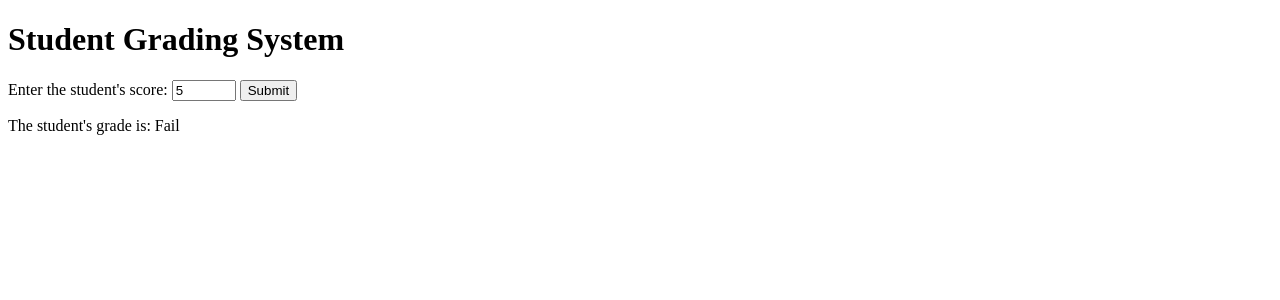
Repository: Alphosmart/grading
Page: assignment.html
An editor plug-in stored every save of this project. The page is shown before and after the next save, followed by the edit.
The browser window is 1280 px wide. The pictures show the whole page.
Empty fields were first filled with sample values (such as "Sample", 5 or name@example.com).
After loading, the first visible `button` was clicked once.

Above is the page before, as saved 2024-06-14 13:43:22.

After the next save:
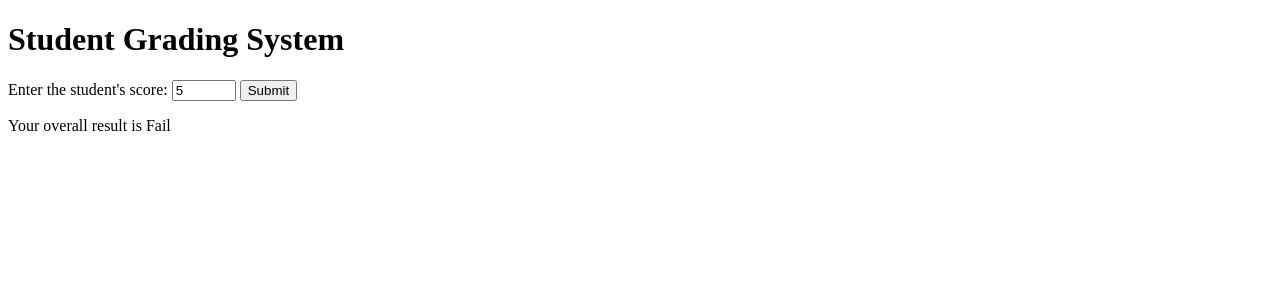
Saved 3 min 38 s later.
--- a/script.js
+++ b/script.js
@@ -19,6 +19,6 @@ function gradeStudent() {
     grade = "Fail";
     sound = document.getElementById("soundF");
   }
-  resultElement.textContent = `The student's grade is: ${grade}`;
+  resultElement.textContent = `Your overall result is ${grade}`;
   sound.play();
 }
